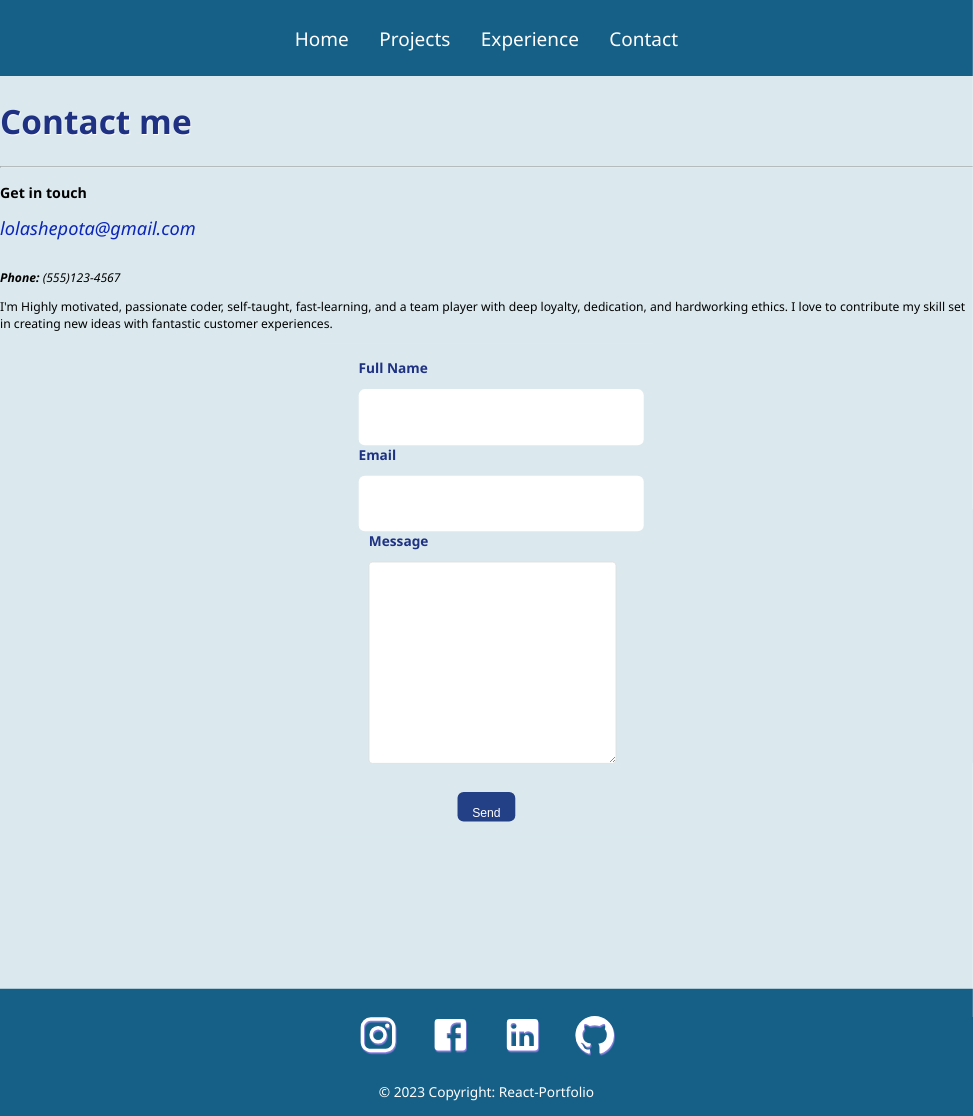
Repository: LolaSL/react-portfolio
Page: /contact
These files come from the project's save history. The page is drawn as it stood at one moment and after the next save; the edit follows.
The browser window is 1280 px wide. The pictures show the whole page, at 76% of full size.
The project was rebuilt for these pictures with package versions that can differ from the ones it lists, and the page was loaded fresh each time. Some packages were replaced by stand-ins written for this rebuild. Also part of the build but not shown: src/pages/Home/Style.css, src/pages/Home/Home.jsx, src/components/ProjectItem/Style.css, src/components/ProjectItem/ProjectItem.jsx, src/helpers/ProjectList.js, src/pages/Projects/Style.css, src/pages/Projects/Projects.jsx, src/pages/Experience/Style.css and 2 more.

Above is the page before, as saved 2023-09-27 17:37:06.

After the next save:
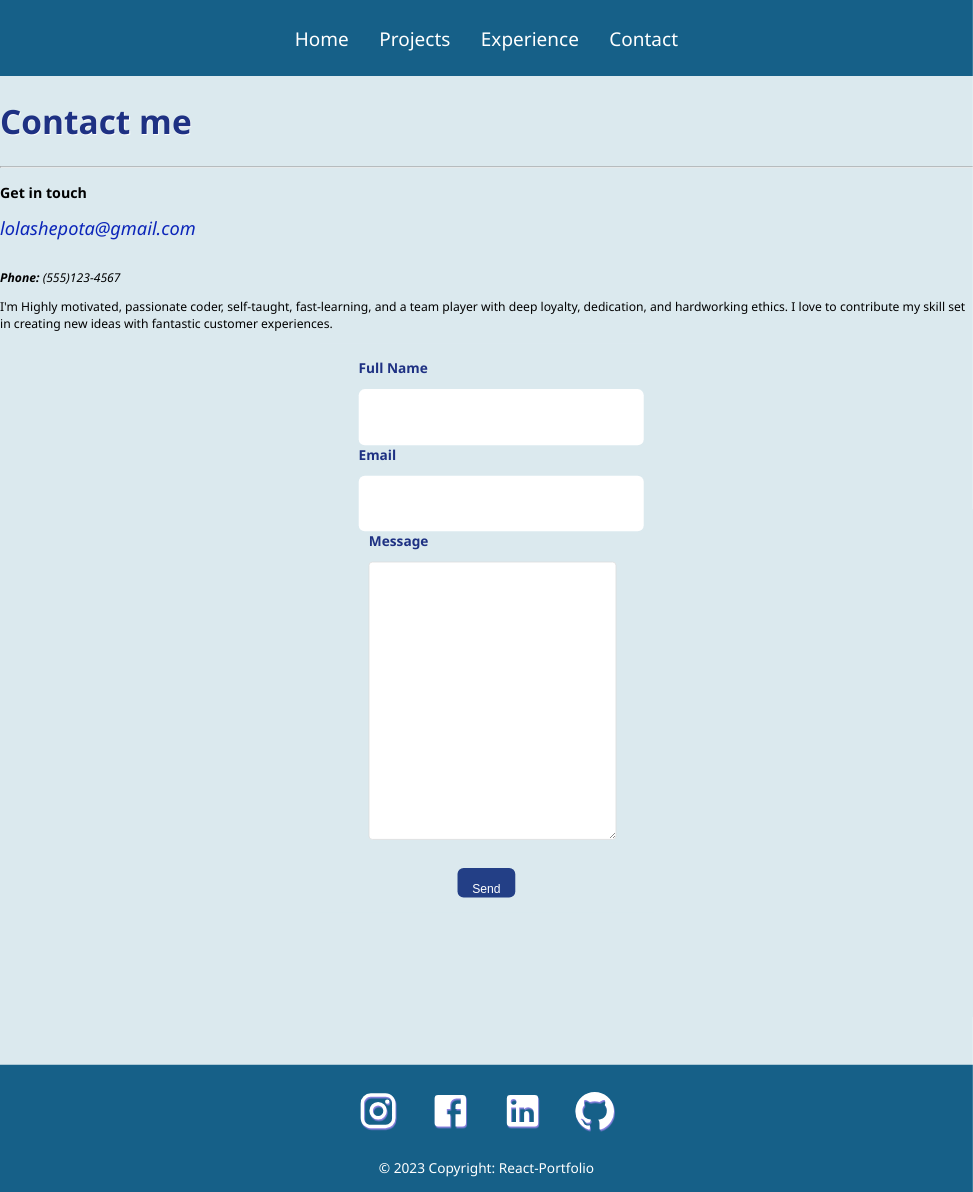
Saved 19 s later.
--- a/src/pages/Contact/Style.css
+++ b/src/pages/Contact/Style.css
@@ -52,7 +52,7 @@ h1{
     outline: none;
     border-radius: 5px;
     border: 1px solid rgb(220, 220, 220);
-    min-height: 250px;
+    min-height: 350px;
     resize: vertical;
     &:focus {
       border: 2px solid rgba(0, 206, 158, 1);
